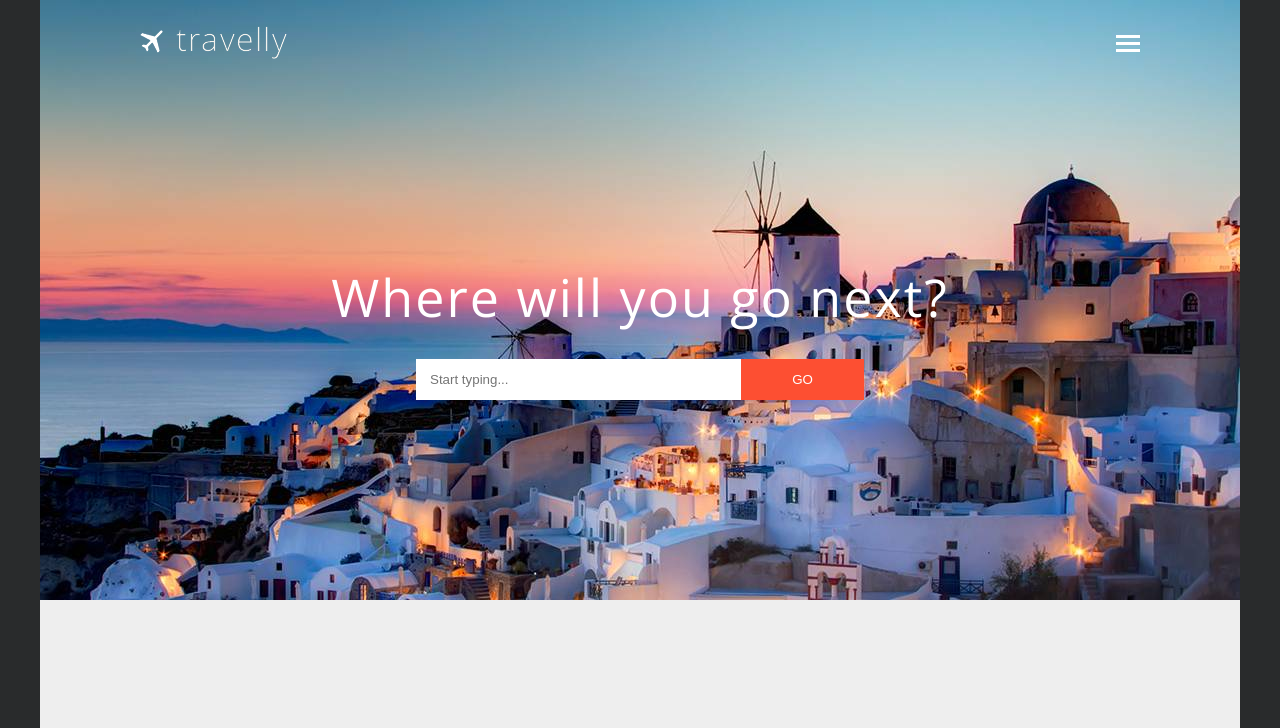
Repository: YusifHasanov/Web-Page-Template
Page: index.html
An editor plug-in stored every save of this project. The page is shown before and after a run of saves, followed by the edit.
The browser window is 1280 px wide. The pictures show the whole page.

Above is the page before, as saved 2021-12-05 21:06:12.

After the next 3 saves:
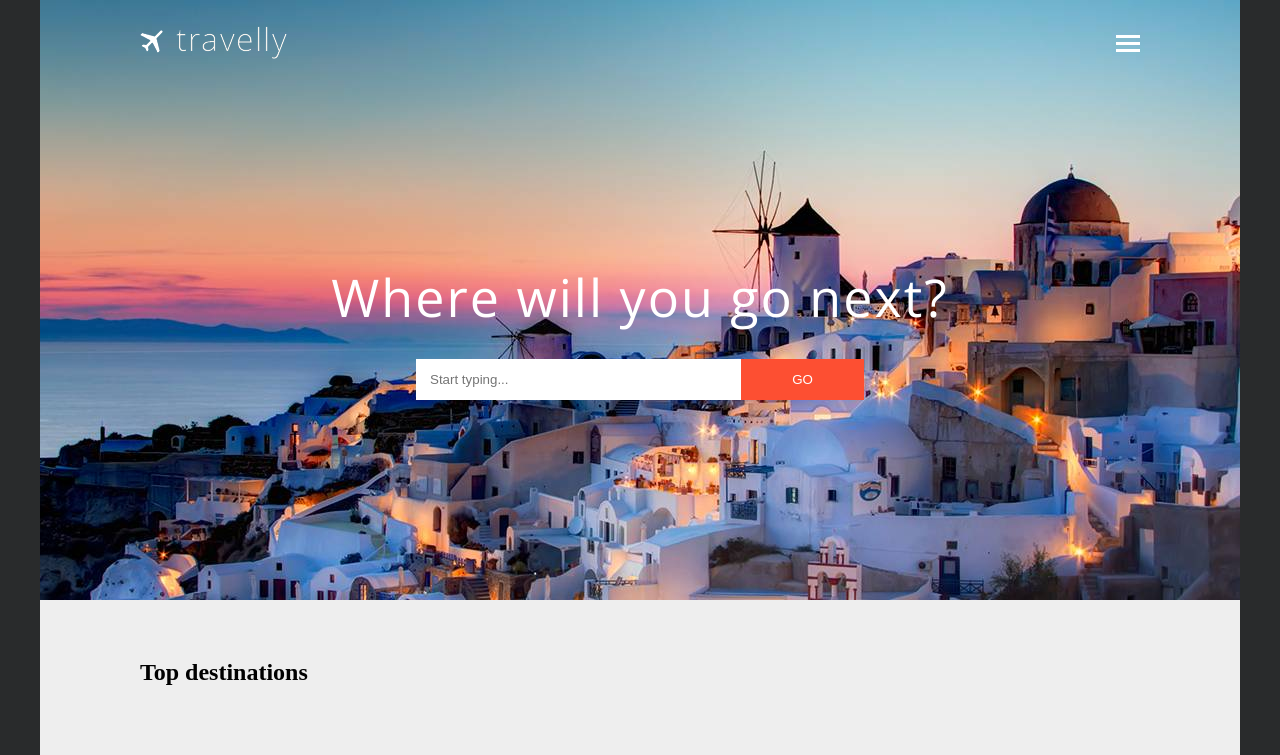
The 3 saves are shown as one change because they came seconds apart.
The last was saved 41 s later.
--- a/index.html
+++ b/index.html
@@ -24,7 +24,8 @@
         </form>
       </div>
       <div class="top-destinations useless">
-
+            <h2>Top destinations</h2>
+            <p></p>
       </div>
   </div>
 
